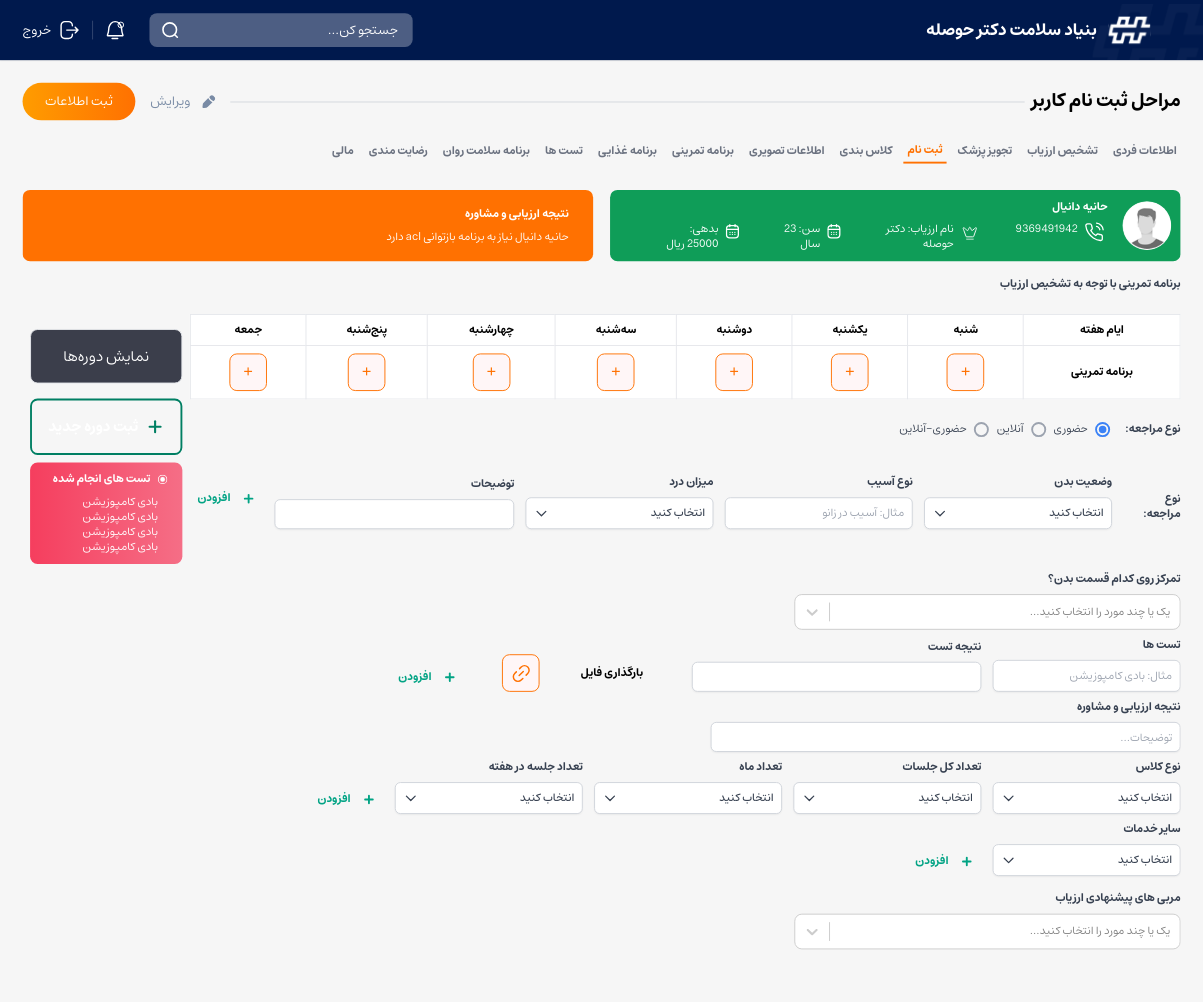
Repository: mirnajafi/ERP_hoseleh_V1.0
Page: /register, after clicking the first element matching `div.flex > :nth-child(4)`
The author's editor kept a copy of each file at every save. The page is drawn from the files as they stood at one save, then again after a run of saves.
The browser window is 1280 px wide. The pictures show the whole page, at 94% of full size.
Some web fonts or font styles are not loaded; a fallback is used. The project was rebuilt for these pictures with package versions that can differ from the ones it lists, and the page was loaded fresh each time. The framework's server and built-in components were replaced by stand-ins that run in the browser. Also part of the build but not shown: next.config.mjs, src/components/icons/trash.tsx, src/components/weekTable/weekTable.css, src/components/icons/copy.tsx, src/components/recognitionEvaluator/recognitionEvaluator.tsx.

Above is the page before, as saved 2025-02-28 23:45:44.

### src/app/layout.tsx
/* eslint-disable @next/next/no-img-element */
import type { Metadata } from "next";
import Header from "@/components/layout/Header";
import "@/app/globals.css";


export const metadata: Metadata = {
  title: "دکتر حوصله",
  description: "بنیاد سلامت دکتر حوصله",
};

export default function RootLayout({ children }: { children: React.ReactNode }) {
  return (
    <html lang="fa" dir="rtl">
      <body className="bg-dashboard-bg min-h-screen">
        {/* Header includes SidebarToggle, so no need to add Sidebar separately */}
        <Header />
        {/* Main Content Area */}
        <main className="transition-all duration-300 mt-16 p-6">
          {children}
        </main>

      </body>
    </html>
  );
}

### src/app/globals.css
@tailwind base;
@tailwind components;
@tailwind utilities;

@font-face {
  font-family: 'Estedad';
  src: url('/fonts/Estedad-Regular.woff2') format('woff2');
  font-weight: normal;
  font-style: normal;
  font-display: swap;
}

@font-face {
  font-family: 'Estedad';
  src: url('/fonts/Estedad-Bold.woff2') format('woff2');
  font-weight: bold;
  font-style: normal;
  font-display: swap;
}

@font-face {
  font-family: 'Estedad';
  src: url('/fonts/Estedad-Medium.woff2') format('woff2');
  font-weight: 500;
  font-style: normal;
  font-display: swap;
}

@font-face {
  font-family: 'Estedad';
  src: url('/fonts/Light.woff2') format('woff2');
  font-weight: 400;
  font-style: normal;
  font-display: swap;
}

@layer base {
  html {
    font-family: 'Estedad'
  }
}

### src/components/formTab/formTab.tsx
import { useState } from "react";

interface Tab {
  label: string;
  content: React.ReactNode;
}

interface TabsProps {
  tabs: Tab[];
  defaultIndex?: number;
}

const Tabs: React.FC<TabsProps> = ({ tabs, defaultIndex = 0 }) => {
  const [activeIndex, setActiveIndex] = useState(defaultIndex);

  return (
    <div className="w-full overflow-hidden">
      <div className="flex py-3 overflow-x-auto whitespace-nowrap">
        {tabs.map((tab, index) => (
          <button
            key={index}
            className={`ml-2 p-1 text-nowrap text-xs font-bold text-sm focus:outline-none ${activeIndex === index
                ? "border-b-2 border-[#FF7101] text-[#FF7101]"
                : "text-gray-500 hover:text-[#FF7101]"
              }`}
            onClick={() => setActiveIndex(index)}
          >
            {tab.label}
          </button>
        ))}
      </div>

      <div className="py-4">{tabs[activeIndex].content}</div>
    </div>
  );
};

export default Tabs;

### src/components/registration/registration.tsx
import Select from "react-select/base";
import WeekTable from "../weekTable/weekTable";
import TransparentBtn from "../transparentBtn/transparentBtn";
import Dropdown from "../dropdown/dropdown";
import InputDescription from "../inputDescription/inputDescription";
import FileUploader from "../fileUploader/fileUploader";
import Input from "../input/input";
import InformationUserBox from "../informationUserBox/informationUserBox";
import { useState } from "react";
import ResultBox from "../resultBox/resultBox";
import PlusIcon from "../icons/plus";
import LeftSideBox from "../leftSideBox/leftSideBox";
import RadioButton from "../radioBtn/radioBtn";

const Registration = () => {

    const [selectedOptions, setSelectedOptions] = useState([]);


    const handleSelect = (option: string) => {
        console.log("انتخاب شده:", option);
    };
    const handleFileUpload = (files: File[]) => {
        console.log("فایل‌های آپلود شده:", files);
    };

    const [selected, setSelected] = useState<string>("option1");


    const [selectedDay, setSelectedDay] = useState<string>("");

    const handleDaySelect = (day: string) => {
        setSelectedDay(day);
    };

    return (
        <div>
            <div className="w-full flex flex-row">
                <InformationUserBox name="حانیه دانیال" age="23" phoneNumber={'9369491942'} evaluator="دکتر حوصله" debt="25000" imageSrc="/images/defaultUser.png" className="w-1/2 lg:ml-2" />
                <ResultBox resultText={"حانیه دانیال نیاز به برنامه بازتوانی acl دارد"} className="w-1/2 lg:mr-2" />
            </div>



            <div className="flex flex-row  my-4 items-center">
                <label className="mb-2 text-xs font-bold text-gray-700 ml-2">برنامه تمرینی با توجه به تشخیص ارزیاب</label>

            </div>

            <div className="w-full flex flex-row">

                <div className="w-full flex flex-col">
                    <WeekTable
                        apiUrl="https://api.majidvalizadeh.com/jalali/next7"
                        selectedDay={selectedDay}
                        onDaySelect={handleDaySelect}
                    />
                    <div className="flex flex-row my-4">
                        <label className="my-2 text-xs font-bold text-gray-700 ml-4">نوع مراجعه:</label>
                        <RadioButton
                            label="حضوری"
                            name="options"
                            value="option1"
                            checked={selected === "option1"}
                            onChange={setSelected}
                        />
                        <RadioButton
                            label="آنلاین"
                            name="options"
                            value="option2"
                            checked={selected === "option2"}
                            onChange={setSelected}
                        />
                        <RadioButton
                            label="حضوری-آنلاین"
                            name="options"
                            value="option3"
                            checked={selected === "option3"}
                            onChange={setSelected}
                        />
                    </div>


                    <div className="w-full xl:py-2 my-0  flex flex-col xl:flex-row xl:justify-start xl:items-end">
                    <label className="my-2 text-xs font-bold text-gray-700 ml-4">نوع مراجعه:</label>

                        <Dropdown
                            label="وضعیت بدن"
                            options={["ندارد", "دچار آسیب"]}
                            onSelect={handleSelect}
                        />
                        <Input
                            label="نوع آسیب"
                            type="text"
                            value={''}
                            onChange={() => { }}
                            placeholder="مثال: آسیب در زانو "
                        />
                        <Dropdown
                            label="میزان درد"
                            options={["1", "2"]}
                            onSelect={handleSelect}
                        />
                        <InputDescription
                            label="توضیحات"
                            value={''}
                            placeholder=""
                            className="xl:w-1/4 max-w-[500px]"
                        />
                        <TransparentBtn label='افزودن' />

                    </div>
                </div>

                <div className="w-1/6 p-2 flex flex-col">
                    <button className="bg-[#3B3E4B] text-white p-4 w-full border rounded-[8px] my-2">نمایش دوره‌ها</button>
                    <button className="bg-transparent text-[#007F63] text-white p-4 w-full border-2 border-[#007F63] rounded-[8px] flex items-center justify-center font-bold my-2"><PlusIcon width={20} height={20} /> ثبت دوره جدید</button>
                    <LeftSideBox title={"تست های انجام شده"} test1={"بادی کامپوزیشن"} />
                </div>
            </div>


            <div className="flex flex-col  w-ful xl:w-1/3">
                <label className="mb-2 text-xs font-bold text-gray-700">تمرکز روی کدام قسمت بدن؟</label>
                <Select
                    isMulti
                    options={[
                        { value: "apple", label: "سیب" },
                        { value: "banana", label: "موز" },
                        { value: "orange", label: "پرتقال" },
                        { value: "grape", label: "انگور" },
                        { value: "watermelon", label: "هندوانه" },
                    ]}
                    value={selectedOptions}
                    onChange={setSelectedOptions}
                    placeholder="یک یا چند مورد را انتخاب کنید..."
                    noOptionsMessage={() => "موردی یافت نشد"}
                    isClearable
                    isSearchable
                    className="text-xs "
                    styles={{
                        control: (base) => ({
                            ...base,
                            borderRadius: "8px",
                            borderColor: "#ccc",
                            boxShadow: "none",
                            "&:hover": { borderColor: "#888" },
                        }),
                    }}
                />
            </div>
            <div className="flex flex-col xl:flex-row w-full xl:items-end xl:justify-right ">
                <Input
                    label="تست ها"
                    type="text"
                    value={''}
                    onChange={() => { }}
                    placeholder="مثال: بادی کامپوزیشن "
                />
                <InputDescription
                    label="نتیجه تست"
                    value={''}
                    placeholder=""
                    className="xl:w-1/4 max-w-[500px]"
                />

                <FileUploader onFileUpload={handleFileUpload} accept="image/*" multiple />
                <TransparentBtn label='افزودن' />
            </div>
            <div className="flex flex-col xl:flex-row w-full xl:items-end xl:justify-right ">

                <InputDescription
                    label="نتیجه ارزیابی و مشاوره"
                    value={''}
                    placeholder="توضیحات..."
                    className="xl:w-1/2 max-w-[500px]"
                    height="h-24"
                />

            </div>

            <div className="flex flex-col xl:flex-row w-full xl:items-end xl:justify-right ">
                <Dropdown
                    label="نوع کلاس"
                    options={["گزینه 1", "گزینه 2", "گزینه 3"]}
                    onSelect={handleSelect}
                />
                <Dropdown
                    label="تعداد کل جلسات"
                    options={["گزینه 1", "گزینه 2", "گزینه 3"]}
                    onSelect={handleSelect}
                />
                <Dropdown
                    label="تعداد ماه"
                    options={["گزینه 1", "گزینه 2", "گزینه 3"]}
                    onSelect={handleSelect}
                />
                <Dropdown
                    label="تعداد جلسه در هفته"
                    options={["گزینه 1", "گزینه 2", "گزینه 3"]}
                    onSelect={handleSelect}
                />
                <TransparentBtn label='افزودن' />

            </div>
            <div className="flex flex-col xl:flex-row w-full xl:items-end xl:justify-right ">
                <Dropdown
                    label="سایر خدمات"
                    options={["گزینه 1", "گزینه 2", "گزینه 3"]}
                    onSelect={handleSelect}
                />
                <TransparentBtn label='افزودن' />

            </div>
            <div className="flex flex-col  w-ful xl:w-1/3 my-4">
                <label className="mb-2 text-xs font-bold text-gray-700">مربی های پیشنهادی ارزیاب</label>
                <Select
                    isMulti
                    options={[
                        { value: "apple", label: "سیب" },
                        { value: "banana", label: "موز" },
                        { value: "orange", label: "پرتقال" },
                        { value: "grape", label: "انگور" },
                        { value: "watermelon", label: "هندوانه" },
                    ]}
                    value={selectedOptions}
                    onChange={setSelectedOptions}
                    placeholder="یک یا چند مورد را انتخاب کنید..."
                    noOptionsMessage={() => "موردی یافت نشد"}
                    isClearable
                    isSearchable
                    className="text-xs "
                    styles={{
                        control: (base) => ({
                            ...base,
                            borderRadius: "8px",
                            borderColor: "#ccc",
                            boxShadow: "none",
                            "&:hover": { borderColor: "#888" },
                        }),
                    }}
                />
            </div>


        </div>
    )

}
export default Registration;

### src/components/SearchInput/SearchInput.tsx
/* eslint-disable @next/next/no-img-element */
"use client";

interface SearchInputProps {
  placeholder?: string;
  className?: string;
}

export default function SearchInput({ placeholder = "جستجو کن...", className = "" }: SearchInputProps) {
  return (
    <div className="relative w-[280px]">
      <input
        type="text"
        placeholder={placeholder}
        className={`w-full h-9 bg-white bg-opacity-30 rounded-lg px-4 text-white placeholder:text-white text-sm focus:outline-none ${className}`}
      />
      <img
        src="/icons/left-icon.svg"
        alt="search"
        className="absolute left-2 top-1/2 -translate-y-1/2 w-7 h-7 brightness-0 invert"
      />
    </div>
  );
}

### src/components/formHeader/formHeader.css
.customeGradient{
    background: linear-gradient(270deg, #FF7101 0%, #FF9C00 100%);
    color: white;
    border-radius: 50px;
    padding:  10px 24px;
}

### src/components/transparentBtn/transparentBtn.tsx
'use client'; // اضافه کردن این خط برای فعال کردن کامپوننت در Client-side

import React from "react";

interface BtnProps {
    label: string;
}

const TransparentBtn: React.FC<BtnProps> = ({ label }) => {

    return (
        <div className="w-250px text-[#01A384] h-full flex xl:items-center xl:justify-center">
            <button className="flex flex-row p-2  h-full flex items-center justify-center font-bold text-xs
">
                <svg width="15" height="15" viewBox="0 0 14 15" fill="none" xmlns="http://www.w3.org/2000/svg" className="ml-3">
                    <path d="M7 3.41666V11.5833" stroke="#01A384" stroke-width="2" stroke-linecap="round" stroke-linejoin="round" />
                    <path d="M2.91602 7.5H11.0827" stroke="#01A384" stroke-width="2" stroke-linecap="round" stroke-linejoin="round" />
                </svg>
                {label}
            </button>
        </div>
    );
};

export default TransparentBtn;

### src/components/inputDescription/inputDescription.tsx
'use client';  // اضافه کردن این خط برای فعال کردن کامپوننت در Client-side

import React from "react";

interface InputProps {
  label: string;
  value: string;
  placeholder?: string;
  required?: boolean;
  className?: string;
  height?:string;
}

const InputDescription: React.FC<InputProps> = ({
  label,
  value,
  placeholder,
  required = false,
  className = "",
  height
}) => {
  return (
    <div className={`w-full xl:w-1/2 ml-3 max-w-[500px] ${className}`}>
      <label className="block text-xs text-gray-700 mb-2 mt-4 xl:my-2 font-bold font-bold">{label}</label>

      <textarea
        value={value}
        placeholder={placeholder}
        required={required}
        className={`block w-full h-8 ${height} p-2 resize-none max-w-200 overflow-hidden text-xs border border-gray-300 rounded-md shadow-sm focus:outline-none focus:ring-2 focus:ring-indigo-500 focus:border-indigo-500`}
      />
    </div>
  );
};

export default InputDescription;

### src/components/resultBox/resultBox.tsx
'use client';

import React from "react";
import './resultBox.css';


interface ResultBoxProps {
    resultText: string;
    className?: string;
}

const ResultBox: React.FC<ResultBoxProps> = ({
    resultText,
    className
}) => {
    return (
        <div className={`w-full flex flex-col lg:flex-row containResultBox text-xs ${className}`}>
            <div className="flex flex-col mr-4">
                <div className="font-bold">نتیجه ارزیابی و مشاوره</div>
                <div className="flex flex-col justify-center items-start lg:flex-row mt-2">
                    <span className="ml-10 flex flex-row-reverse">{resultText}</span>
                </div>
            </div>
        </div>
    );
};

export default ResultBox;

### src/components/icons/plus.tsx
'use client';

import React from "react";

interface IconProps {
    width?: number;
    height?: number;
    color?: string;
}

const PlusIcon: React.FC<IconProps> = ({ width, height }) => {
    return (
        <svg width={width} height={height} viewBox="0 0 36 36" fill="none" className="ml-2" xmlns="http://www.w3.org/2000/svg">
        <path d="M18 7.5V28.5" stroke="#007F63" stroke-width="4" stroke-linecap="round" stroke-linejoin="round"/>
        <path d="M7.5 18H28.5" stroke="#007F63" stroke-width="4" stroke-linecap="round" stroke-linejoin="round"/>
        </svg>


    );
};

export default PlusIcon;

### src/components/radioBtn/radioBtn.tsx
import React from "react";

interface RadioButtonProps {
  label: string;
  name: string;
  value: string;
  checked: boolean;
  onChange: (value: string) => void;
}

const RadioButton: React.FC<RadioButtonProps> = ({ label, name, value, checked, onChange }) => {
  return (
    <label className="flex items-center space-x-2 cursor-pointer text-xs">
      <input
        type="radio"
        name={name}
        value={value}
        checked={checked}
        onChange={() => onChange(value)}
        className="hidden"
      />
      <div
        className={`w-4 h-4 rounded-full border-2 ${
          checked ? "border-blue-500" : "border-gray-400"
        } flex items-center justify-center transition-all`}
      >
        {checked && <div className="w-2 h-2 bg-blue-500 rounded-full" />}
      </div>
      <span className="text-gray-700">{label}</span>
    </label>
  );
};

export default RadioButton;

### src/components/icons/uploader.tsx
'use client';

import React from "react";

interface IconProps {
    width?: number;
    height?: number;
    color?: string;
}

const UploaderIcon: React.FC<IconProps> = ({ width, height }) => {
    return (<svg width={width} height={height} viewBox="0 0 24 24" fill="none" xmlns="http://www.w3.org/2000/svg">
        <path d="M14.1211 9.87866L9.87845 14.1213" stroke="#FF7101" stroke-width="1.5" stroke-linecap="round" />
        <path d="M10.334 7.00003L12.0006 5.33336C13.8416 3.49239 16.8264 3.49239 18.6673 5.33335V5.33335C20.5083 7.17431 20.5083 10.1591 18.6673 12.0001L17.0007 13.6667" stroke="#FF7101" stroke-width="1.5" stroke-linecap="round" />
        <path d="M13.666 17L11.9994 18.6666C10.1584 20.5076 7.17362 20.5076 5.33266 18.6666V18.6666C3.4917 16.8257 3.4917 13.8409 5.33266 11.9999L6.99934 10.3333" stroke="#FF7101" stroke-width="1.5" stroke-linecap="round" />
    </svg>
    );
};

export default UploaderIcon;

### src/components/informationUserBox/informationUserBox.css
.containInfoBox {
  background: #0f9d58;
  color: white;
  justify-content: right;
  align-items: center;
  padding: 10px;
  border-radius: 8px;
}
.imageUser {
  border-radius: 100%;
}

### src/components/resultBox/resultBox.css
.containResultBox {
  background: #FF7101;
  color: white;
  justify-content: right;
  align-items: center;
  padding: 10px;
  border-radius: 8px;
  margin-right: 10px;
}

### src/components/leftSideBox/leftSideBox.css
.containLeftSideBox {
  background: linear-gradient(270deg, #F56E86 0%, #F53E5E 100%);
  color: white;
  justify-content: right;
  align-items: center;
  padding: 10px;
  border-radius: 8px;
}
.special-margin{
  margin-right: -10px;
}

### src/components/icons/circle.tsx

'use client';

import React from "react";

interface IconProps {
    width?: number;
    height?: number;
    color?: string;
}

const CircleIcon: React.FC<IconProps> = ({ width = 21, height = 22 }) => {
    return (
        <svg width={width} height={height} viewBox="0 0 12 12" className="ml-2" fill="none" xmlns="http://www.w3.org/2000/svg">
            <rect width="12" height="12" rx="6" fill="white" />
            <rect x="2" y="2" width="8" height="8" rx="4" fill="white" />
            <rect x="2" y="2" width="8" height="8" rx="4" stroke="#F56B84" stroke-width="2" />
        </svg>

    );
};

export default CircleIcon;

### tailwind.config.ts
import type { Config } from "tailwindcss";

const config: Config = {
  content: [
    "./src/pages/**/*.{js,ts,jsx,tsx,mdx}",
    "./src/components/**/*.{js,ts,jsx,tsx,mdx}",
    "./src/containers/**/*.{js,ts,jsx,tsx,mdx}",
    "./src/app/**/*.{js,ts,jsx,tsx,mdx}",
  ],
  theme: {
    extend: {
      colors: {
        "deep-blue": "#1E3A8A",
        "green": "#8BC34A",
        "orange": "#F97316",
        "red": "#E02D40",
        "yellow": "#FBBF24",
        background: "var(--background)",
        foreground: "var(--foreground)",
        secondry: {
          blue: {
            900: "#00194D",
          },
        },
        primery: {
          600: "#FF7101"
        },
        dashboard: {
          bg: "#F6F6F6"
        }
      },
    },
  },
  plugins: [],
};
export default config;

Loaded but not shown: src/components/personalInfo/personalInfo.tsx (302 lines, source omitted); src/components/weekTable/weekTable.tsx (87 lines, source omitted); src/components/dropdown/dropdown.tsx (69 lines, source omitted); src/components/icons/evaluator.tsx (26 lines, source omitted); src/components/inputDate/inputDate.tsx (67 lines, source omitted); src/components/informationUserBox/informationUserBox.tsx (61 lines, source omitted); src/components/icons/calendar.tsx (35 lines, source omitted); src/components/icons/phoneNumber.tsx (20 lines, source omitted); src/components/formHeader/formHeader.tsx (32 lines, source omitted); src/components/fileUploader/fileUploader.tsx (54 lines, source omitted); src/components/layout/Header.tsx (44 lines, source omitted); src/app/register/page.tsx (48 lines, source omitted); src/components/leftSideBox/leftSideBox.tsx (35 lines, source omitted); src/components/input/input.tsx (40 lines, source omitted)

After the next 3 saves:
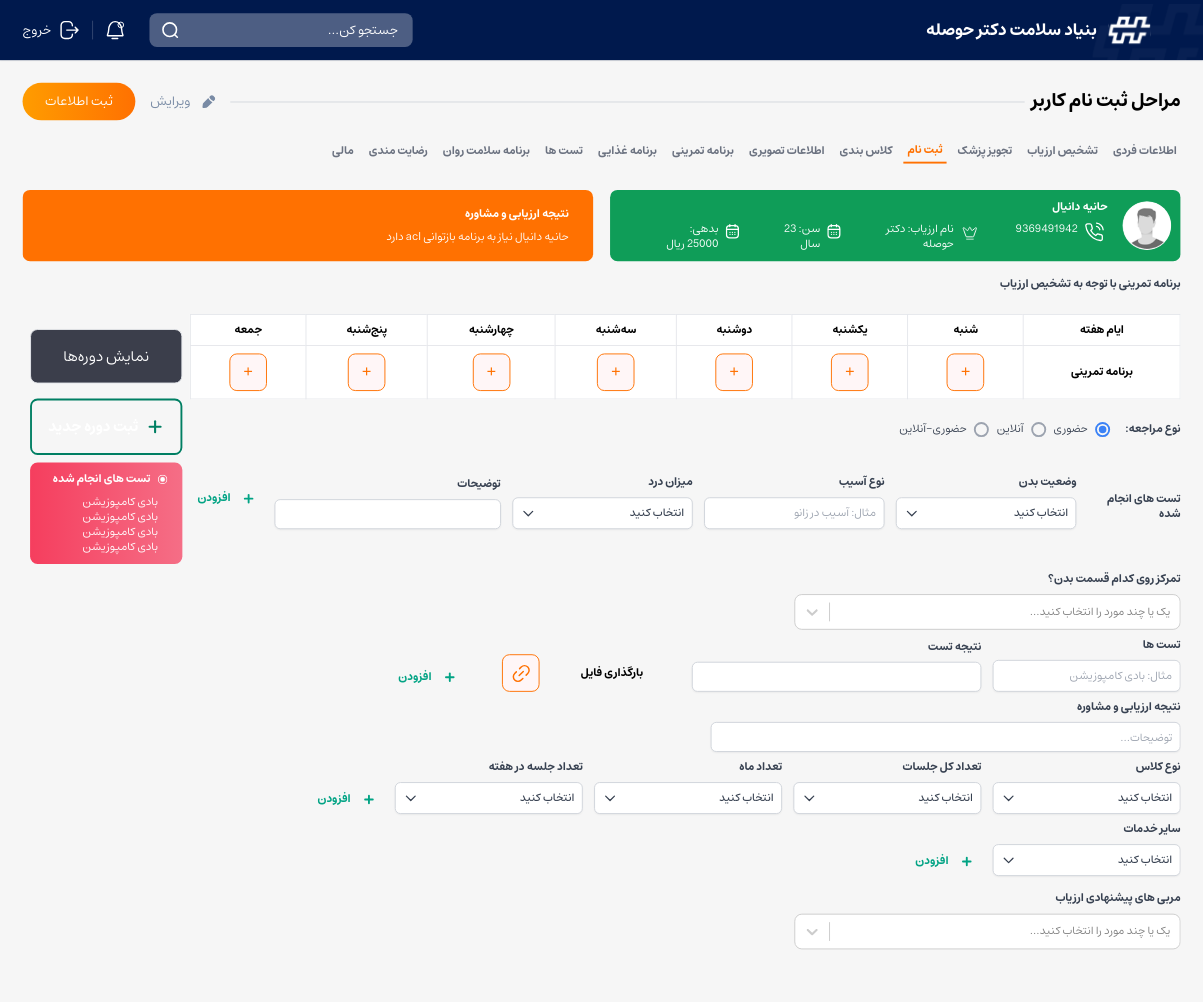
The 3 saves are shown as one change because they came seconds apart.
The last was saved 16 s later.
--- a/src/components/registration/registration.tsx
+++ b/src/components/registration/registration.tsx
@@ -82,7 +82,7 @@ const Registration = () => {
 
 
                     <div className="w-full xl:py-2 my-0  flex flex-col xl:flex-row xl:justify-start xl:items-end">
-                    <label className="my-2 text-xs font-bold text-gray-700 ml-4">نوع مراجعه:</label>
+                        <label className="my-2 text-xs font-bold text-gray-700 ml-4">تست های انجام شده</label>
 
                         <Dropdown
                             label="وضعیت بدن"
